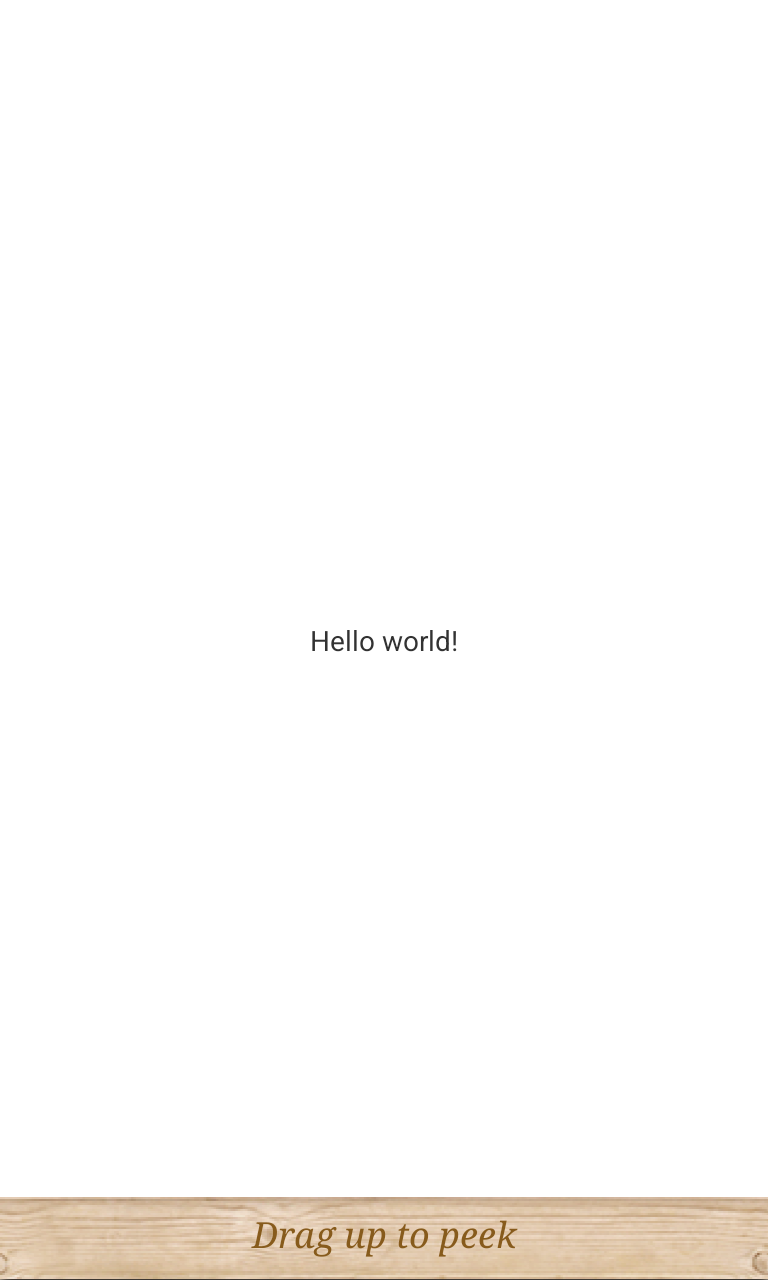
Repository: CrisFeo/JacksonPass
Layout: Android/Passwarp/res/layout/activity_main.xml
An editor plug-in stored every save of this project. The layout is shown before and after the next save, followed by the edit.
It is drawn on a 768 x 1280 px phone screen (xhdpi) without system bars, with theme AppTheme; the app's code is not run.

Above is the layout before, as saved 2012-09-15 21:18:55.

### Android/Passwarp/res/layout/activity_main.xml
<RelativeLayout xmlns:android="http://schemas.android.com/apk/res/android"
    xmlns:tools="http://schemas.android.com/tools"
    android:layout_width="match_parent"
    android:layout_height="match_parent" >

    <TextView
        android:layout_width="wrap_content"
        android:layout_height="wrap_content"
        android:layout_centerHorizontal="true"
        android:layout_centerVertical="true"
        android:text="@string/hello_world"
        tools:context=".MainActivity" />

    <SlidingDrawer
        android:id="@+id/slidingDrawer1"
        android:layout_width="match_parent"
        android:layout_height="match_parent"
        android:layout_alignParentTop="true"
        android:layout_centerHorizontal="true"
        android:bottomOffset="11dip"
        android:content="@+id/content"
        android:handle="@+id/handle" >

        <Button
            android:id="@+id/handle"
            android:layout_width="match_parent"
            android:layout_height="wrap_content"
            android:background="@drawable/tileable_wood_texture_2x_crop"
            android:paddingBottom="15dip"
            android:text="Drag up to peek"
            android:textStyle="italic"
            android:typeface="serif"
            android:textColor="#875B1C" />

        <LinearLayout
            android:id="@+id/content"
            android:layout_width="match_parent"
            android:layout_height="109dp"
            android:orientation="vertical" >

            <TableLayout
                android:layout_width="match_parent"
                android:layout_height="match_parent"
                android:background="@drawable/backrepeat" >

                <TableRow
                    android:id="@+id/tableRow1"
                    android:layout_width="wrap_content"
                    android:layout_height="wrap_content" >

                    <TextView
                        android:id="@+id/textView1"
                        android:layout_width="wrap_content"
                        android:layout_height="wrap_content"
                        android:text="Row 1: information" />

                </TableRow>

                <TableRow
                    android:id="@+id/tableRow2"
                    android:layout_width="wrap_content"
                    android:layout_height="wrap_content" >

                    <TextView
                        android:id="@+id/textView2"
                        android:layout_width="wrap_content"
                        android:layout_height="wrap_content"
                        android:text="Row 1: information" />

                </TableRow>

                <TableRow
                    android:id="@+id/tableRow3"
                    android:layout_width="wrap_content"
                    android:layout_height="wrap_content" >

                    <TextView
                        android:id="@+id/textView3"
                        android:layout_width="wrap_content"
                        android:layout_height="wrap_content"
                        android:text="Row 1: information" />

                </TableRow>

                <TableRow
                    android:id="@+id/tableRow4"
                    android:layout_width="wrap_content"
                    android:layout_height="wrap_content" >
                </TableRow>
            </TableLayout>
        </LinearLayout>
    </SlidingDrawer>

</RelativeLayout>

### Android/Passwarp/res/values/strings.xml
<resources>

    <string name="app_name">PassAdapt</string>
    <string name="hello_world">Hello world!</string>
    <string name="menu_settings">Settings</string>
    <string name="title_activity_main">PassAdapt</string>

</resources>

### Android/Passwarp/res/drawable-xhdpi/backrepeat.xml
<bitmap xmlns:android="http://schemas.android.com/apk/res/android"
    android:dither="true"
    android:src="@drawable/tileable_wood_texture_2x"
    android:tileMode="repeat" />

Loaded but not shown: Android/Passwarp/res/values-v11/styles.xml (common file); Android/Passwarp/res/values-v14/styles.xml (common file); Android/Passwarp/res/values/styles.xml (common file)

After the next save:
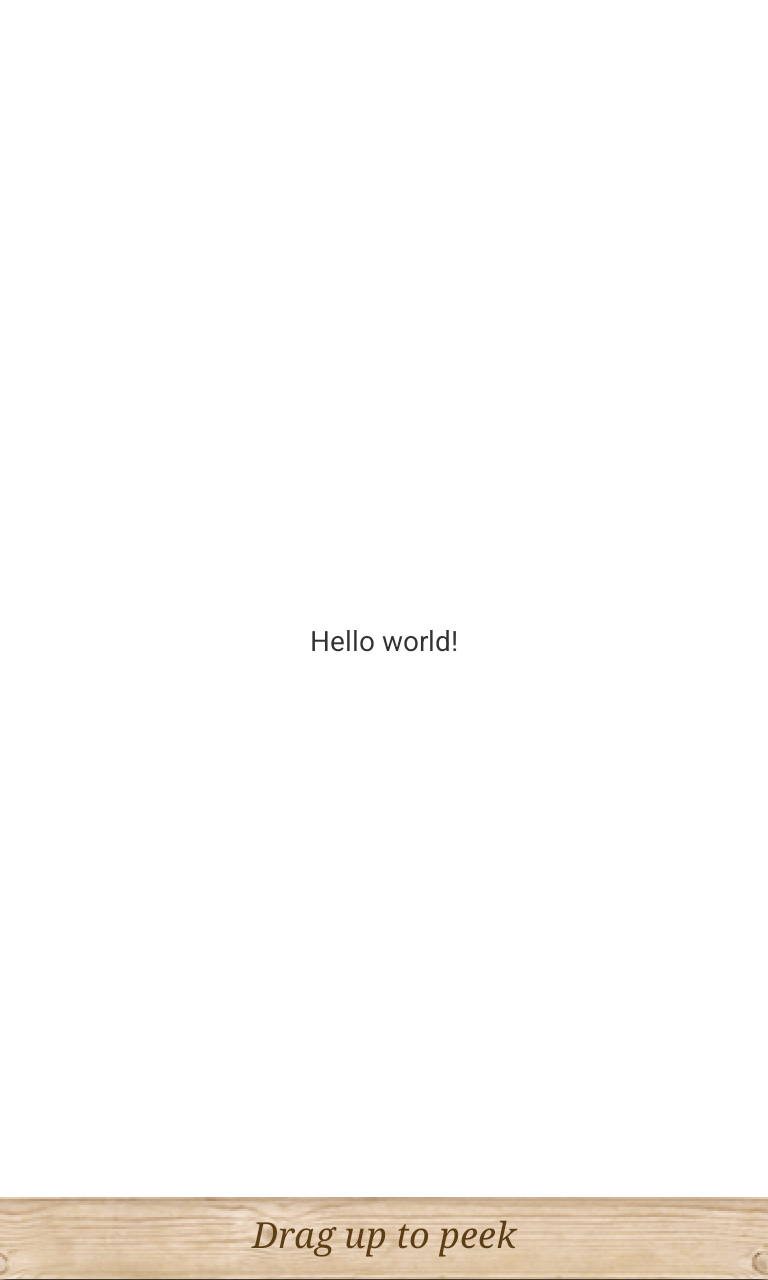
Saved 28 s later.
--- a/Android/Passwarp/res/layout/activity_main.xml
+++ b/Android/Passwarp/res/layout/activity_main.xml
@@ -30,7 +30,7 @@
             android:text="Drag up to peek"
             android:textStyle="italic"
             android:typeface="serif"
-            android:textColor="#875B1C" />
+            android:textColor="#5C3E15" />
 
         <LinearLayout
             android:id="@+id/content"
